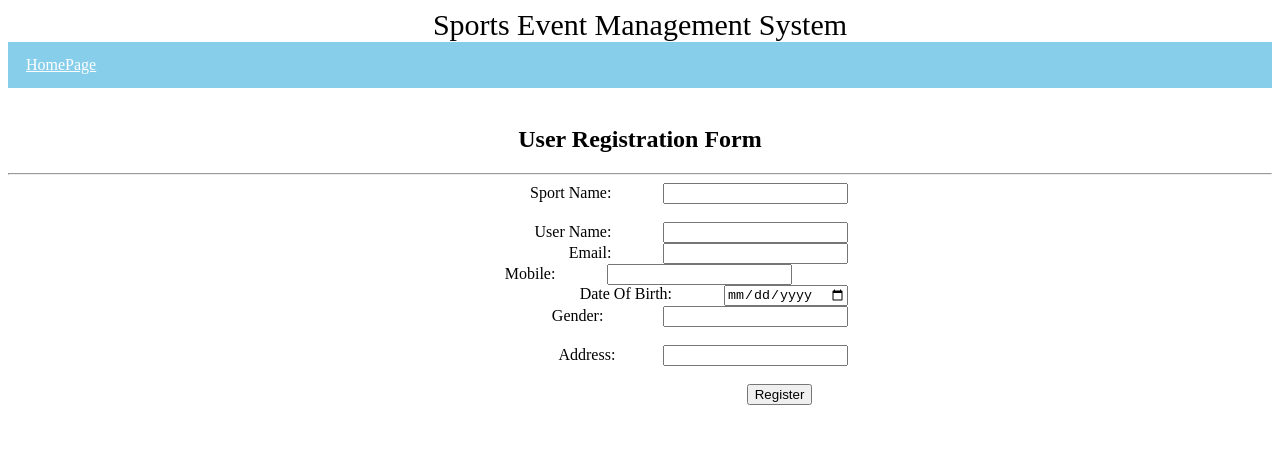
Repository: svrm1014/sportseventmanagement
Page: http://localhost/sportsmanagement/WEB-INF/views/registrationform.jsp
The author's editor kept a copy of each file at every save. The page is drawn from the files as they stood at one save, then again after the next save.
The browser window is 1280 px wide. The pictures show the whole page.
The page is served by Tomcat 9. Nobody is signed in. The template is opened directly, without the code that normally fills it, so the values that code supplies are empty.

Above is the page before, as saved 2021-05-11 18:22:19.

After the next save:
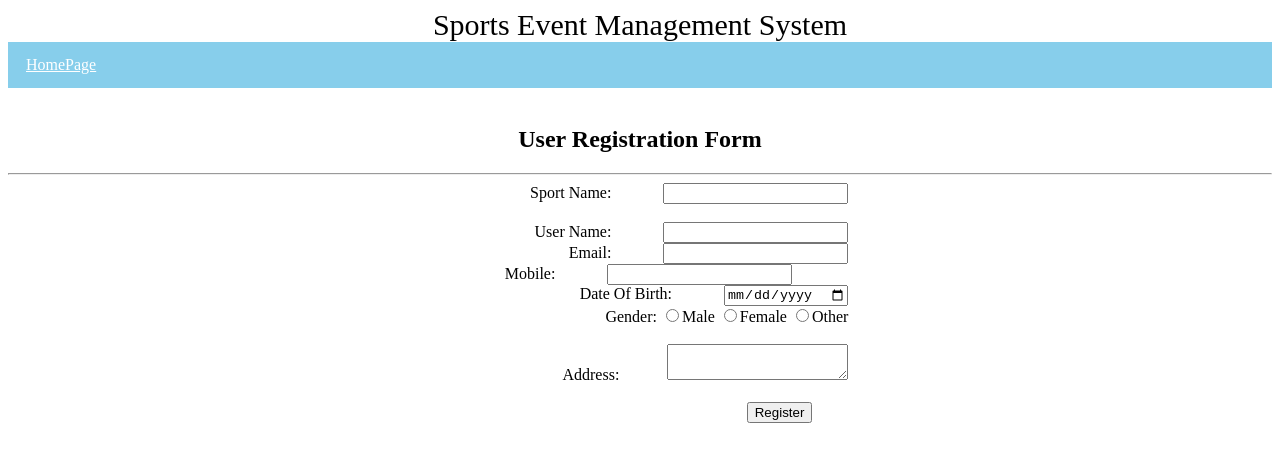
Saved 3 min 44 s later.
--- a/sportsmanagement/src/main/webapp/WEB-INF/views/registrationform.jsp
+++ b/sportsmanagement/src/main/webapp/WEB-INF/views/registrationform.jsp
@@ -68,11 +68,12 @@ form {
             <form:input type ="date" path="dob" class="dob" name="dob" pattern="MM/DD/YYYY" />
 			<br />
             <form:label path="gender">Gender:</form:label>
-              <form:input path="gender" />
-			<br />
+			<form:radiobutton path="gender" value="Male"/>Male
+            <form:radiobutton path="gender" value="Female"/>Female
+            <form:radiobutton path="gender" value="Male"/>Other<br/>
  			 <br />
             <form:label path="address">Address:</form:label>
-           <form:input path="address" />
+           <form:textarea path="address" />
 			<br />
              <br />
             <form:button>Register</form:button>
